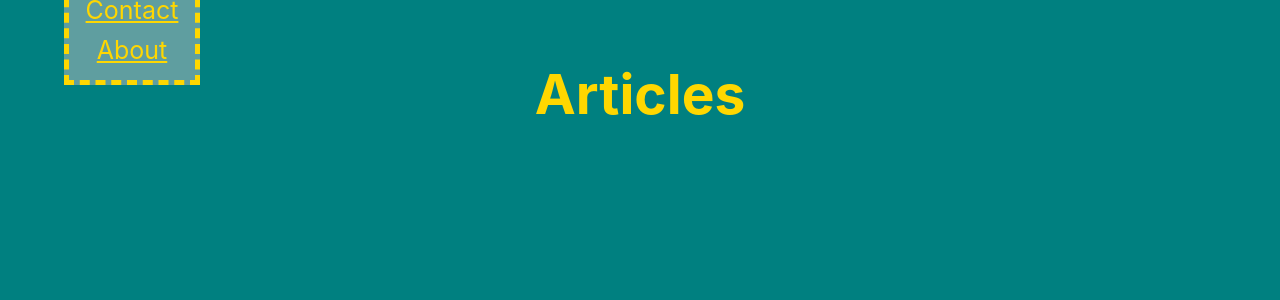
Repository: zeidalidiez/portfolioreact
Page: /Contact
An editor plug-in stored every save of this project. The page is shown before and after a run of saves, followed by the edit.
The browser window is 1280 px wide. The pictures show the whole page.
The project was rebuilt for these pictures with package versions that can differ from the ones it lists, and the page was loaded fresh each time. Also part of the build but not shown: src/components/Thumbnail.js, src/components/Projects.js, src/components/About.js.

Above is the page before, as saved 2021-02-08 17:47:55.

### public/index.html
<!DOCTYPE html>
<html lang="en">
  <head>
    <meta charset="utf-8" />
    <link href="data:[embedded picture, 289 characters]" rel="icon" type="image/x-icon" />    <meta name="viewport" content="width=device-width, initial-scale=1" />
    <meta name="theme-color" content="#000000" />
    <meta
      name="description"
      content="Web site created using create-react-app"
    />    <!--
      manifest.json provides metadata used when your web app is installed on a
      user's mobile device or desktop. See https://developers.google.com/web/fundamentals/web-app-manifest/
    -->
    <link rel="manifest" href="%PUBLIC_URL%/manifest.json" />
    <!--
      Notice the use of %PUBLIC_URL% in the tags above.
      It will be replaced with the URL of the `public` folder during the build.
      Only files inside the `public` folder can be referenced from the HTML.

      Unlike "/favicon.ico" or "favicon.ico", "%PUBLIC_URL%/favicon.ico" will
      work correctly both with client-side routing and a non-root public URL.
      Learn how to configure a non-root public URL by running `npm run build`.
    -->
    <title>Zeid Diez - Portfolio</title>
  </head>
  <body>
    <noscript>You need to enable JavaScript to run this app.</noscript>
    <div id="root"></div>
    <!--
      This HTML file is a template.
      If you open it directly in the browser, you will see an empty page.

      You can add webfonts, meta tags, or analytics to this file.
      The build step will place the bundled scripts into the <body> tag.

      To begin the development, run `npm start` or `yarn start`.
      To create a production bundle, use `npm run build` or `yarn build`.
    -->
  </body>
</html>

### src/index.js
import React from 'react';
import ReactDOM from 'react-dom';
import './index.css';
import App from './components/App';
import reportWebVitals from './reportWebVitals';

ReactDOM.render(
  <React.StrictMode>
  <App />
  </React.StrictMode>,
  document.getElementById('root')
);

// If you want to start measuring performance in your app, pass a function
// to log results (for example: reportWebVitals(console.log))
// or send to an analytics endpoint. Learn more: https://bit.ly/CRA-vitals
reportWebVitals();

### src/components/App.js
// App.jsx

import React from 'react';
import logo from './logo.svg';
// Import the BrowserRouter, Route and Link components
import {Route, BrowserRouter as Router, Link} from "react-router-dom";
import Projects from './Projects.js';
import Contact from './Contact.js';
import About from './About.js';
import './App.css';

function App() {
  return (
    <header>
    <Router>
      <div className="App">
        <Route exact path="/Projects" component={Projects} />
        <Route exact path="/Contact" component={Contact} />
        <Route exact path="/About" component={About} />
        <Route exact path="/" component={About} />
  <nav>
        <div className="navigation">
          <div className="navigation-sub">
            <Link to="/Projects" className="item">Projects</Link>
            <Link to="/Contact" className="item">Contact</Link>
            <Link to="/About" className="item">About</Link>

          </div>
        </div>
        </nav>
      </div>
    </Router>
    <menu>

</menu>
    </header>


  );
}

export default App;

### src/components/Contact.js
import React from "react"

function Articles(props) {
  return (
    <div className="articleDiv">
      <h2>Articles</h2>
    </div>
  )
}

export default Articles;

### src/components/App.css

body {
  background-color: teal;
  display: grid;
}
div {
display: grid;
padding: 5px;
position: relative;
text-align: center;
padding-bottom: 15px;

}

h2 {
  color: Gold;
  font-size: 55px;
}

div.project {
  text-align: center;
  font-family: Georgia, "Times New Roman", Times, serif;
  font-style: italic;
  padding-bottom: 15px;
  border: 5px dashed gold;
  width: 80%;
  justify-self: center;
}

div.project-title {
  position: relative;
  text-align: center;
  font-family: Georgia, "Times New Roman", Times, serif;
  font-style: italic;
  padding-bottom: 15px;

}

.navigation {
text-align: center;
align-self: center;
top: 0;
position: fixed;
  }

.navigation-sub {
padding: 10px;
text-align: center;
align-self: center;
bottom: auto;
left: 5%;
position: fixed;
border: 5px dashed gold;
background-color: cadetblue;
font-size: 25px;
}

a {
  display: grid;
padding: 5px;
text-align: center;
align-self: center;
}

img {
  display: block;
  margin-left: auto;
  margin-right: auto;
  width: 50%;
}


/* unvisited link */
a:link {
  color: gold;
}

/* visited link */
a:visited {
  color: rgb(255, 208, 0);
}

/* mouse over link */
a:hover {
  color: rgb(255, 174, 0);
}

/* selected link */
a:active {
  color: rgb(255, 0, 0);
}

.aboutDiv {
  background-color: grey;
  width: 65%;
  justify-self: center;

}

@media screen and (max-width: 800px) {
  .navigation {
    text-align: center;
    align-self: center;
    top: 0;
    position: fixed;
      }

    .navigation-sub {
    padding: 10px;
    text-align: center;
    align-self: center;
    bottom: auto;
    left: 5%;
    position: fixed;
    border: 5px dashed gold;
    background-color: cadetblue;
    font-size: 10px;
    }
}

Loaded but not shown: src/index.css (common file); src/reportWebVitals.js (common file)

After the next 4 saves:
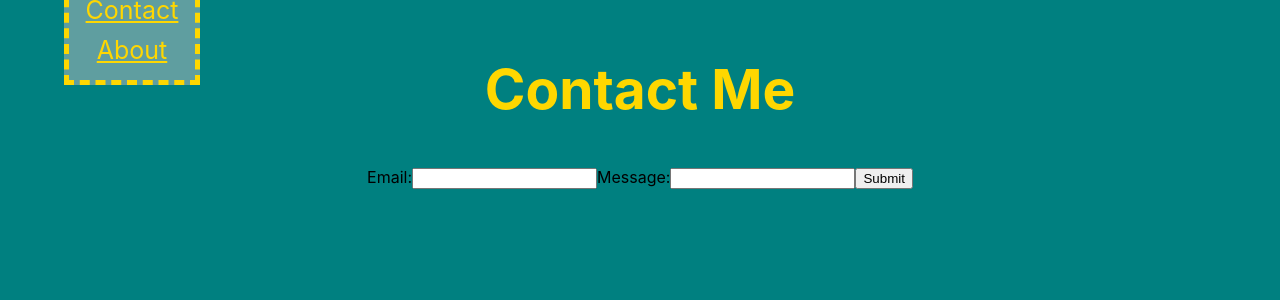
The 4 saves are shown as one change because 3 did not build or start.
The last was saved 6 min 27 s later.
--- a/src/components/Contact.js
+++ b/src/components/Contact.js
@@ -1,11 +1,49 @@
-import React from "react"
+import React from "react";
 
-function Articles(props) {
-  return (
-    <div className="articleDiv">
-      <h2>Articles</h2>
-    </div>
-  )
+export default class Contact extends React.Component {
+  constructor(props) {
+    super(props);
+    this.submitForm = this.submitForm.bind(this);
+    this.state = {
+      status: ""
+    };
+  }
+
+  render() {
+    const { status } = this.state;
+    return (
+      <form
+        onSubmit={this.submitForm}
+        action="https://formspree.io/f/xgepqqzv"
+        method="POST"
+      >
+ <h2>Contact Me</h2>
+        <label>Email:</label>
+        <input type="email" name="email" />
+        <label>Message:</label>
+        <input type="text" name="message" />
+        {status === "SUCCESS" ? <p>Thanks!</p> : <button>Submit</button>}
+        {status === "ERROR" && <p>Ooops! There was an error.</p>}
+      </form>
+    );
+  }
+
+  submitForm(ev) {
+    ev.preventDefault();
+    const form = ev.target;
+    const data = new FormData(form);
+    const xhr = new XMLHttpRequest();
+    xhr.open(form.method, form.action);
+    xhr.setRequestHeader("Accept", "application/json");
+    xhr.onreadystatechange = () => {
+      if (xhr.readyState !== XMLHttpRequest.DONE) return;
+      if (xhr.status === 200) {
+        form.reset();
+        this.setState({ status: "SUCCESS" });
+      } else {
+        this.setState({ status: "ERROR" });
+      }
+    };
+    xhr.send(data);
+  }
 }
-
-export default Articles;
